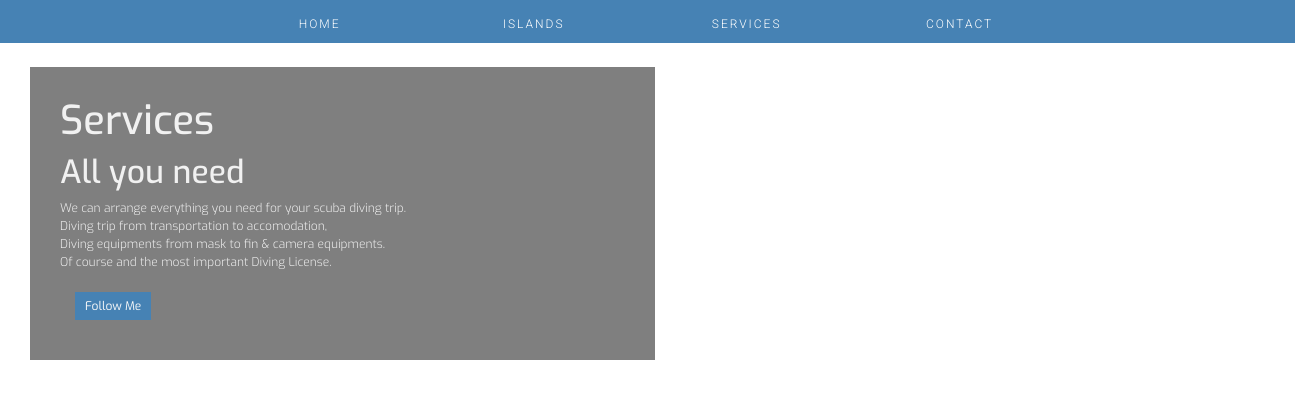
Repository: Code-Institute-Submissions/cathyann-diving.github.io
Page: services.html
The author's editor kept a record of every edit. The page is drawn from the files as they stood at one moment, then again after the next edit.
The browser window is 1280 px wide. The page is 1295 px wide, so the pictures cover 1295 px, including what lies to the right of the window. The pictures show the whole page.

Above is the page before.

After the next edit:
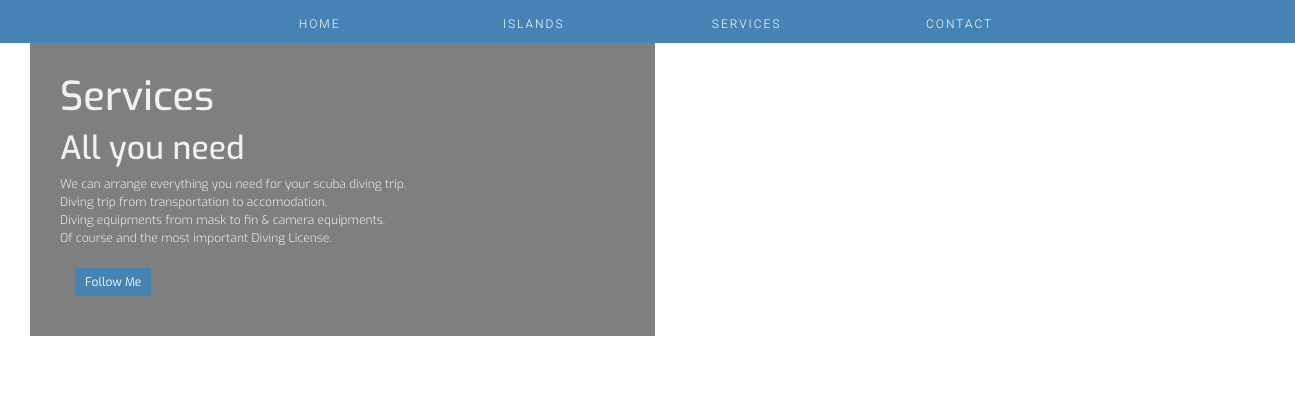
The edit:
--- a/services.html
+++ b/services.html
@@ -36,19 +36,15 @@
         </div>
     </div>
     <div class="col">
-        <div class="main container" id="Home">
-            <img src="#" alt="">
-            <div class="content col-12 col-sm-6 col-lg-6">
+    <div class="container bg-services">
+        <div class="content col-12 col-sm-6 col-lg-6">
             <h1>Services</h1>
             <h2>All you need</h2>
-            <p>We can arrange everything you need for your scuba diving trip.<br>
-            Diving trip from transportation to accomodation,<br>
-            Diving equipments from mask to fin & camera equipments.<br>
-            Of course and the most important Diving License.<br>
+            <p>We can arrange everything you need for your scuba diving trip.<br> Diving trip from transportation to accomodation,<br> Diving equipments from mask to fin & camera equipments.<br> Of course and the most important Diving License.<br>
             </p>
             <div class="container">
-                    <button type="button" class="button">Follow Me</button>
-                </div>
+                <button type="button" class="button">Follow Me</button>
+            </div>
         </div>
     </div>
 
